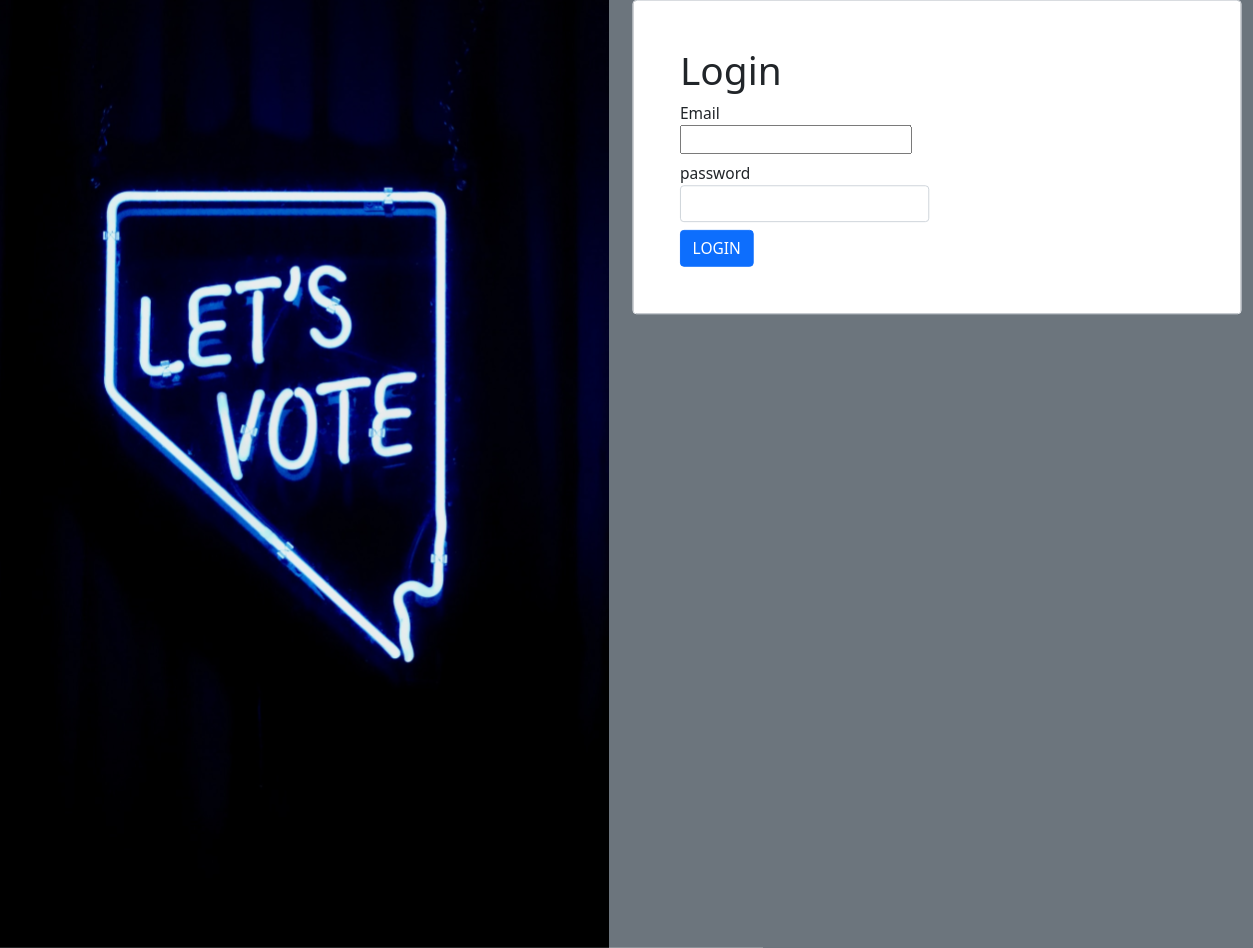
Repository: DavidManiIbrahim/Voting-app
Page: Login.html
These files come from the project's save history. The page is drawn as it stood at one moment and after the next save; the edit follows.
The browser window is 1280 px wide. The page is 1292 px wide, so the pictures cover 1292 px, including what lies to the right of the window. The pictures show the whole page, at 97% of full size.

Above is the page before, as saved 2025-01-18 07:00:52.

### Login.html
<!DOCTYPE html>
<html lang="en">
<head>
    <meta charset="UTF-8">
    <meta name="viewport" content="width=device-width, initial-scale=1.0">
    <title>Login Page</title>
    <link rel="stylesheet" href="./bootstrap.css">
</head>
<body>

<style>
    form{
        margin:100px auto;
    }
</style>

<div class="row bg-secondary">
    <div class="col-md  container-fluid">
        <img src="./unsplash_LA1VawaCjjI.svg" alt="login image" class=" img-fluid" width="100%">
    </div>
    <div class="col-md text-white align-items-center">
        <form action="" class="w-5   border p-5 m-auto top-50 form-control">
            <h1>Login</h1>
            <label for="email" class="form-label">Email  <br>
                <input class="formcontrol" type="text">
            </label> <br>
            <label class="form-label"" for="password">password  <br>
                <input class="form-control" type="password" class="form-text">
            </label> <br>
            <button class="btn btn-primary">LOGIN</button>
        </form>
    </div>
</div>








<script src="./bootstrap.min.js"></script>
</body>
</html>

Loaded but not shown: bootstrap.css (library); bootstrap.min.js (library)

After the next save:
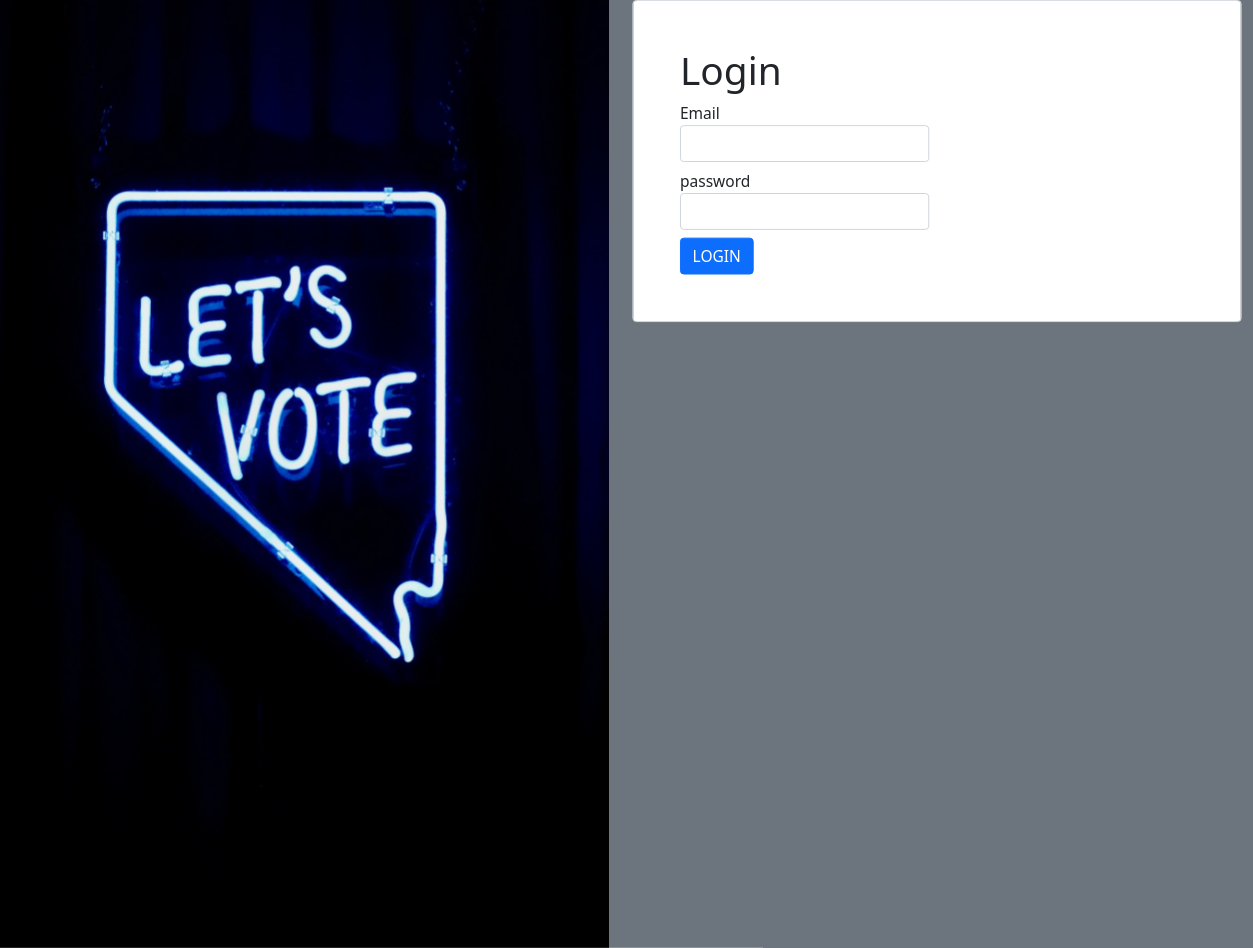
Saved 14 s later.
--- a/Login.html
+++ b/Login.html
@@ -22,7 +22,7 @@
         <form action="" class="w-5   border p-5 m-auto top-50 form-control">
             <h1>Login</h1>
             <label for="email" class="form-label">Email  <br>
-                <input class="formcontrol" type="text">
+                <input class="form-control" type="text">
             </label> <br>
             <label class="form-label"" for="password">password  <br>
                 <input class="form-control" type="password" class="form-text">
